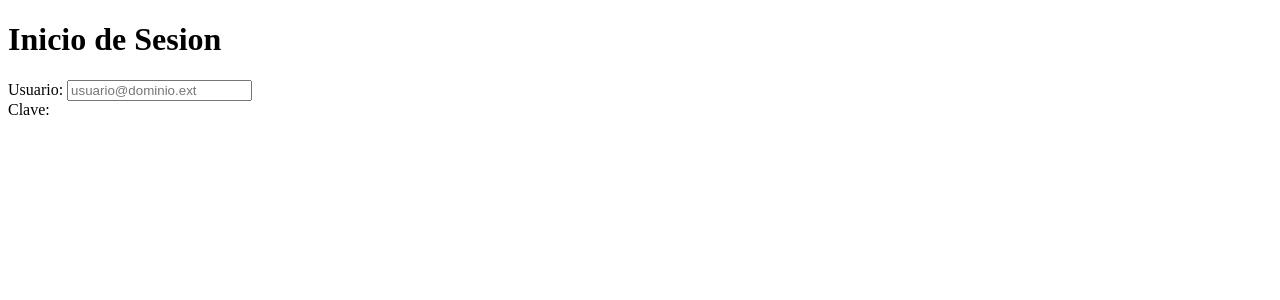
Repository: leonardorlopez8/JavaWebAPI59758
Page: http://localhost/Sesiones/Formulario.jsp
These files come from the project's save history. The page is drawn as it stood at one moment and after the next save; the edit follows.
The browser window is 1280 px wide. The pictures show the whole page.
The page is served by Tomcat 9. Other server files are loaded and not shown.

Above is the page before, as saved 2022-09-16 21:19:51.

### Sesiones/src/main/webapp/Formulario.jsp
<%@ page language="java" contentType="text/html; charset=ISO-8859-1"
	pageEncoding="ISO-8859-1"%>
<!DOCTYPE html>
<html>
<head>
<meta charset="ISO-8859-1">
<title>Insert title here</title>
</head>
<body>

	<h1>Inicio de Sesion</h1>

	<form action="#" method="POST">

		<div>
			<label for="correo"> Usuario: </label> <input type="email"
				id="correo" name="correo" placeholder="usuario@dominio.ext" required />

		</div>

		<div>
			<label for="clave">Clave: </label>
	</form>




</body>
</html>

After the next save:
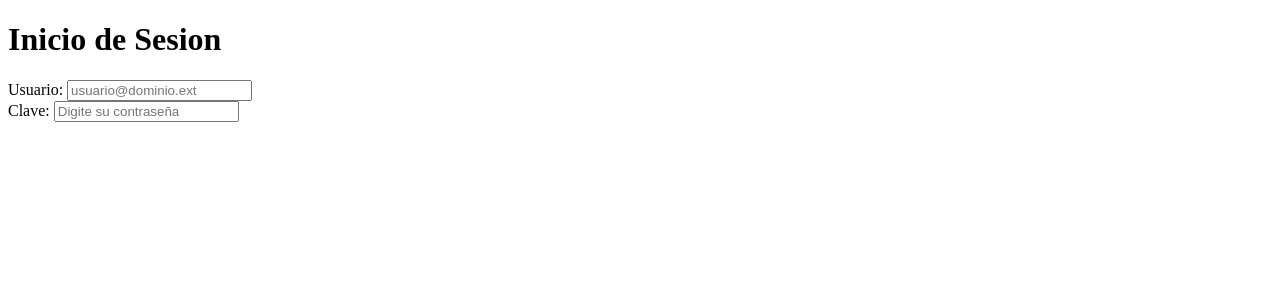
Saved 3 min 21 s later.
--- a/Sesiones/src/main/webapp/Formulario.jsp
+++ b/Sesiones/src/main/webapp/Formulario.jsp
@@ -19,7 +19,13 @@
 		</div>
 
 		<div>
-			<label for="clave">Clave: </label>
+			<label for="clave">Clave: </label> <input type="password" id="clave"
+				name="clave"
+				pattern="^(?=\\w*\\d)(?=\\w*[A-Z]) (?=\\w*[a-z])\\S{8,16}$"
+				placeholder="Digite su contraseña" required />
+		</div>
+
+
 	</form>
 
 
